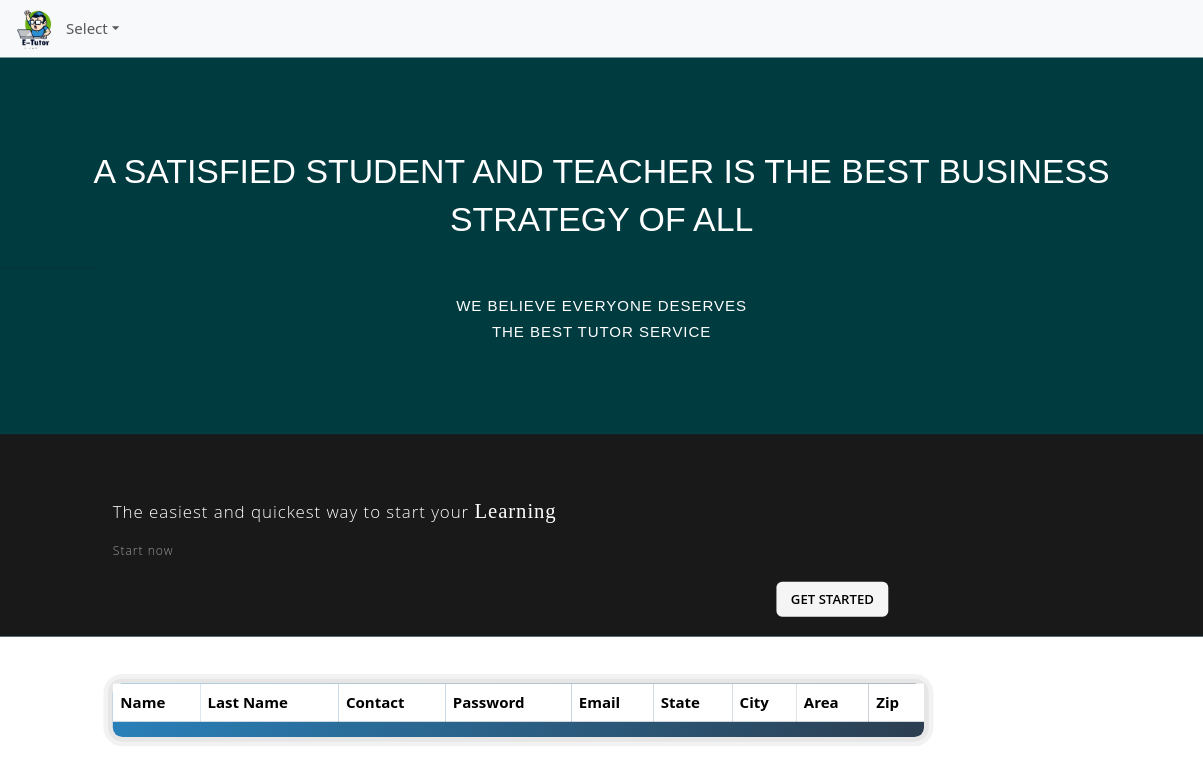
Repository: shailesh89-art/E-tutor-springboot-hibernate
Page: http://localhost/TUTOR_INVENTOR_1/pages/parent_Admin_edit.jsp
These files come from the project's save history. The page is drawn as it stood at one moment and after the next save; the edit follows.
The browser window is 1280 px wide. The pictures show the whole page, at 94% of full size.
Some web libraries are served in a nearby version. The page is served by Tomcat 9. The template is opened directly, without the code that normally fills it, so the values that code supplies are empty.

Above is the page before, as saved 2023-05-03 14:10:27.

After the next save:
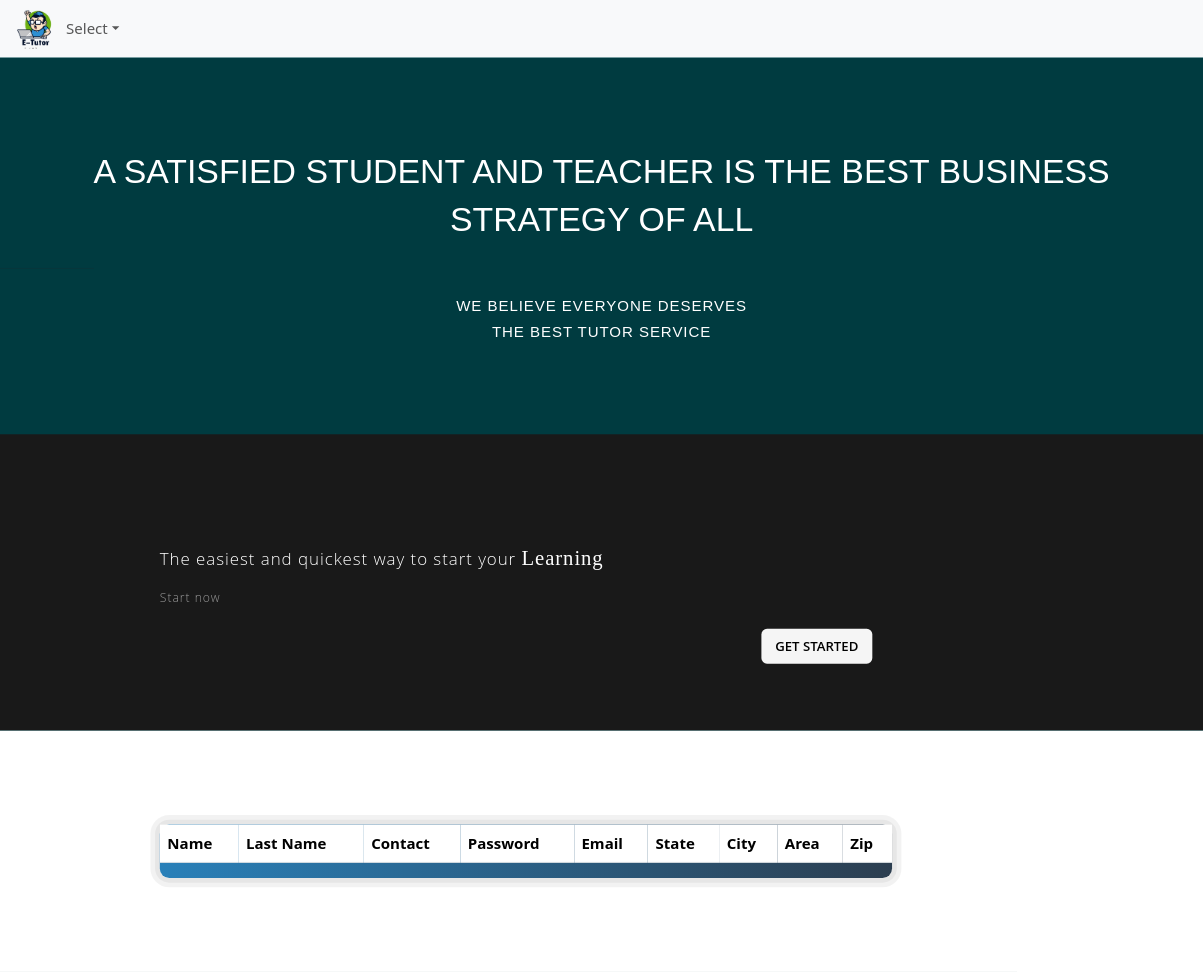
Saved 12 s later.
--- a/TUTOR_INVENTOR_1/src/main/webapp/pages/parent_Admin_edit.jsp
+++ b/TUTOR_INVENTOR_1/src/main/webapp/pages/parent_Admin_edit.jsp
@@ -365,7 +365,7 @@
 .container{
 
 
-    padding:50px;
+    padding:100px;
 }
  #logo{
         width: 4%;

After the save that followed:
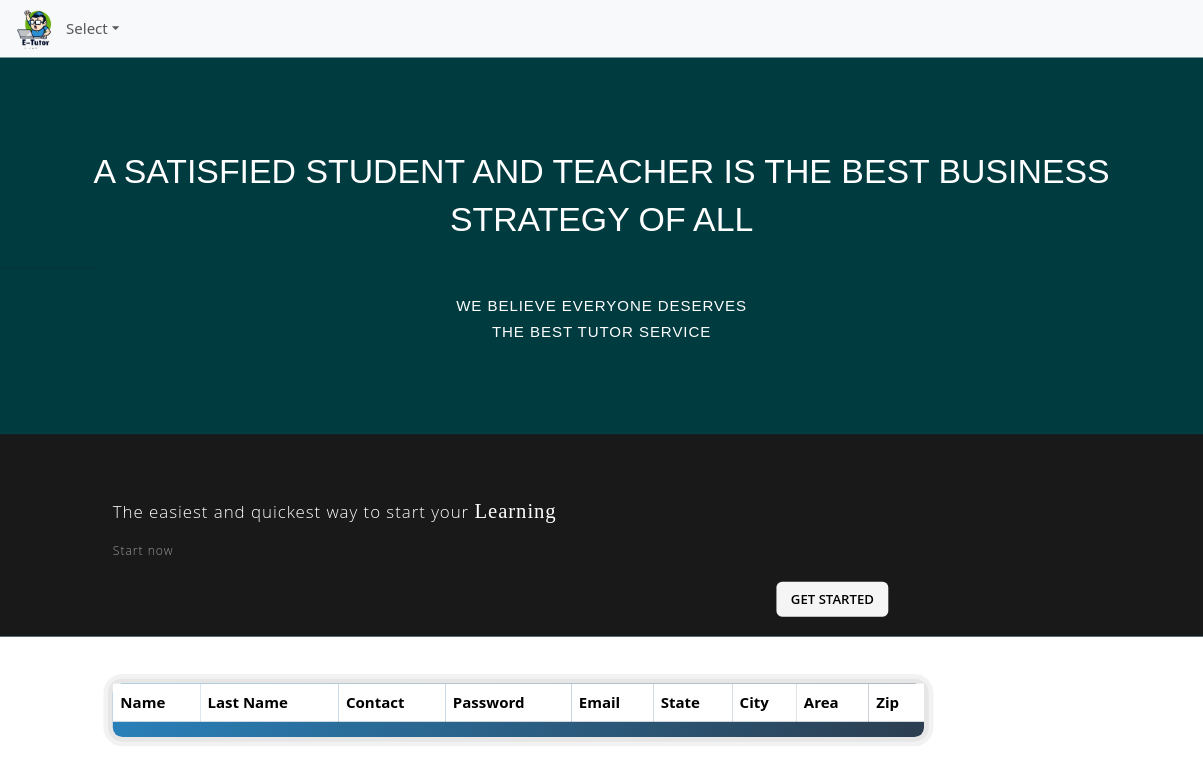
Saved 16 s later.
--- a/TUTOR_INVENTOR_1/src/main/webapp/pages/parent_Admin_edit.jsp
+++ b/TUTOR_INVENTOR_1/src/main/webapp/pages/parent_Admin_edit.jsp
@@ -365,7 +365,7 @@
 .container{
 
 
-    padding:100px;
+    padding:50px;
 }
  #logo{
         width: 4%;
